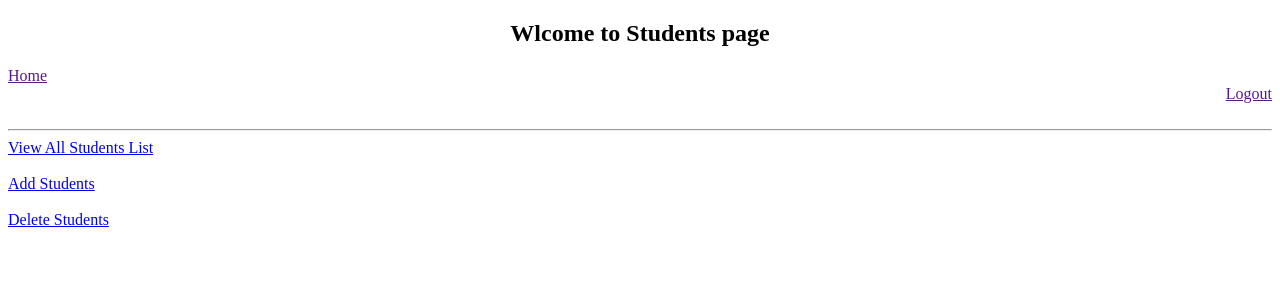
Repository: mdzeyan/JavaFSD-phase2-project
Page: Learners_Academy/src/main/webapp/Home.html
An editor plug-in stored every save of this project. The page is shown before and after the next save, followed by the edit.
The browser window is 1280 px wide. The pictures show the whole page.

Above is the page before, as saved 2022-03-29 11:14:55.

### Learners_Academy/src/main/webapp/Home.html
<!DOCTYPE html>
<html>
<head>
<meta charset="ISO-8859-1">
<title>Insert title here</title>
</head>
<body>

	<h2 align="center">Wlcome to Students page</h2>
	<div align="left"><a href="">Home</a></div>
	<div align="right"><a href="">Logout</a></div>

	<br>
	<hr></hr>
	<a href="ViewStudentList.html">View All Students List</a>
	<br><br>
	<a href="AddStudent.html">Add Students</a>
	<br><br>
	<a href="DeleteStudent.html">Delete Students</a>

</body>
</html>

After the next save:
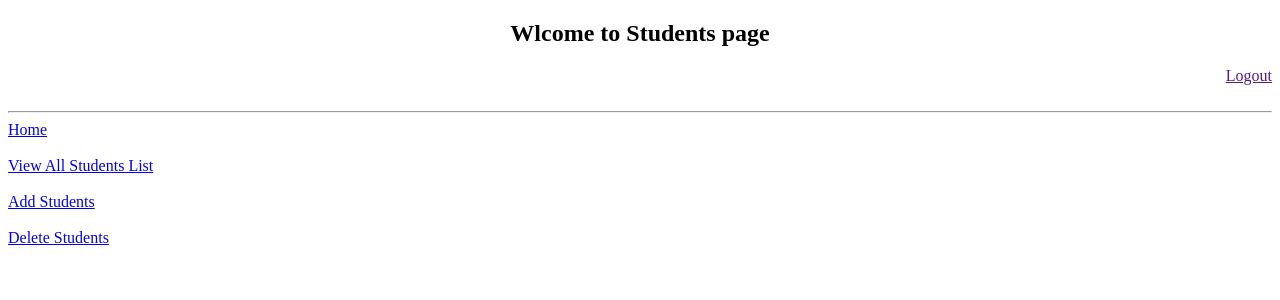
Saved 115 s later.
--- a/Learners_Academy/src/main/webapp/Home.html
+++ b/Learners_Academy/src/main/webapp/Home.html
@@ -7,11 +7,12 @@
 <body>
 
 	<h2 align="center">Wlcome to Students page</h2>
-	<div align="left"><a href="">Home</a></div>
 	<div align="right"><a href="">Logout</a></div>
 
 	<br>
 	<hr></hr>
+	<a href="AddStudent.html">Home</a>
+	<br><br>
 	<a href="ViewStudentList.html">View All Students List</a>
 	<br><br>
 	<a href="AddStudent.html">Add Students</a>
